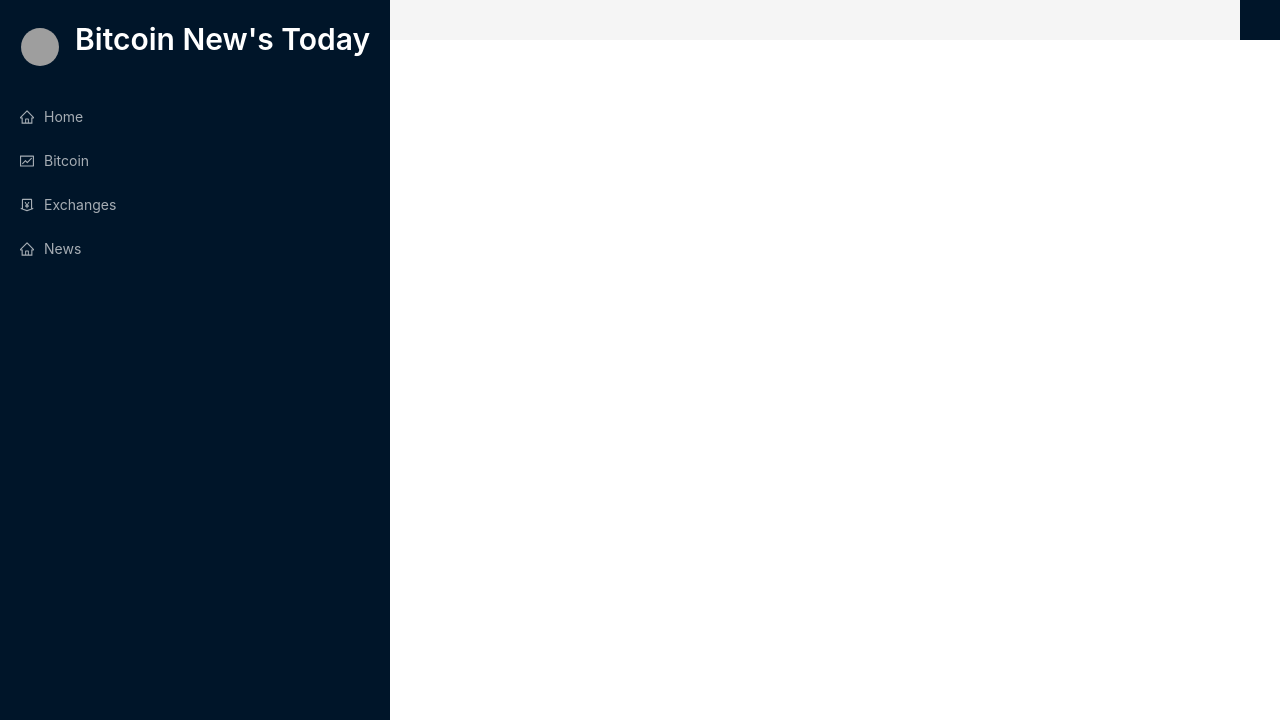
Repository: daotien93/bitcoin-api-app
Page: / (app in my-app/)
An editor plug-in stored every save of this project. The page is shown before and after the next save, followed by the edit.
The browser window is 1280 px wide. The pictures show the whole page.
Pictures or frames that could not be fetched are drawn as grey boxes. The project was rebuilt for these pictures with package versions that can differ from the ones it lists, and the page was loaded fresh each time. A package was used in the major version that the imports need, not the one package.json lists. Imported but missing from the stored project, and not drawn on this page: my-app/src/reportWebVitals.

Above is the page before, as saved 2021-10-25 11:32:41.

### my-app/src/index.js
import React from 'react';
import ReactDOM from 'react-dom';
import App from './App';
import reportWebVitals from './reportWebVitals';
import { BrowserRouter as Router } from 'react-router-dom'

ReactDOM.render(
  <React.StrictMode>
    <Router>
        <App />
    </Router>
  </React.StrictMode>,
  document.getElementById('root')
);

// If you want to start measuring performance in your app, pass a function
// to log results (for example: reportWebVitals(console.log))
// or send to an analytics endpoint. Learn more: https://bit.ly/CRA-vitals
reportWebVitals();

### my-app/src/App.js
import React from 'react'
import './App.css'
import { Switch, Route, Link } from 'react-router-dom'
import { Layout, Typography, Space } from 'antd'
import { Navbar } from './components'

const App = () => {
  return (
    <div className='app'>
      <div className="navbar">
          <Navbar />
      </div>
      <div className="main">
           <Layout>
              <div className="routes">
                   <Switch>
                     <Route exact path='/'>

                      </Route>
                  </Switch>
              </div>
          </Layout>
      </div>
      <div className="footer"></div>
    </div>
  )
}

export default App

### my-app/src/components/Navbar.jsx
import React from 'react'
import { Button, Menu, Typography, Avatar } from 'antd'
import { Link } from 'react-router-dom'
import { HomeOutlined, MoneyCollectOutlined, BulbOutlined, FundOutlined, MenuOutlined } from '@ant-design/icons'
import icon from  '../images/Dogecoin_Logo.png'

const Navbar = () => {
    return (
        <div className='nav-container'>
            <div className="logo-container">
                <Avatar src={icon} size='large' />
                <Typography.Title level={2} className='logo'>
                    <Link to='/'>Bitcoin New's Today</Link>
                </Typography.Title>
                <Button className='menu-control-container'>
                </Button>
            </div>
            <Menu theme='dark'>
                <Menu.Item icon={<HomeOutlined />}>
                    <Link to='/'>Home</Link>
                </Menu.Item>
                <Menu.Item icon={<FundOutlined />}>
                    <Link to='/bitcoin'>Bitcoin</Link>
                </Menu.Item>
                <Menu.Item icon={<MoneyCollectOutlined />}>
                    <Link to='/exchanges'>Exchanges</Link>
                </Menu.Item>
                <Menu.Item icon={<HomeOutlined />}>
                    <Link to='/news'>News</Link>
                </Menu.Item>
            </Menu>
        </div>
    )
}

export default Navbar

### my-app/src/pages/Homepage.jsx
import React from 'react'

const Homepage = () => {
    return (
        <div>
            Home
        </div>
    )
}

export default Homepage

Loaded but not shown: my-app/src/App.css (common file); my-app/src/components/index.js (common file)

After the next save:
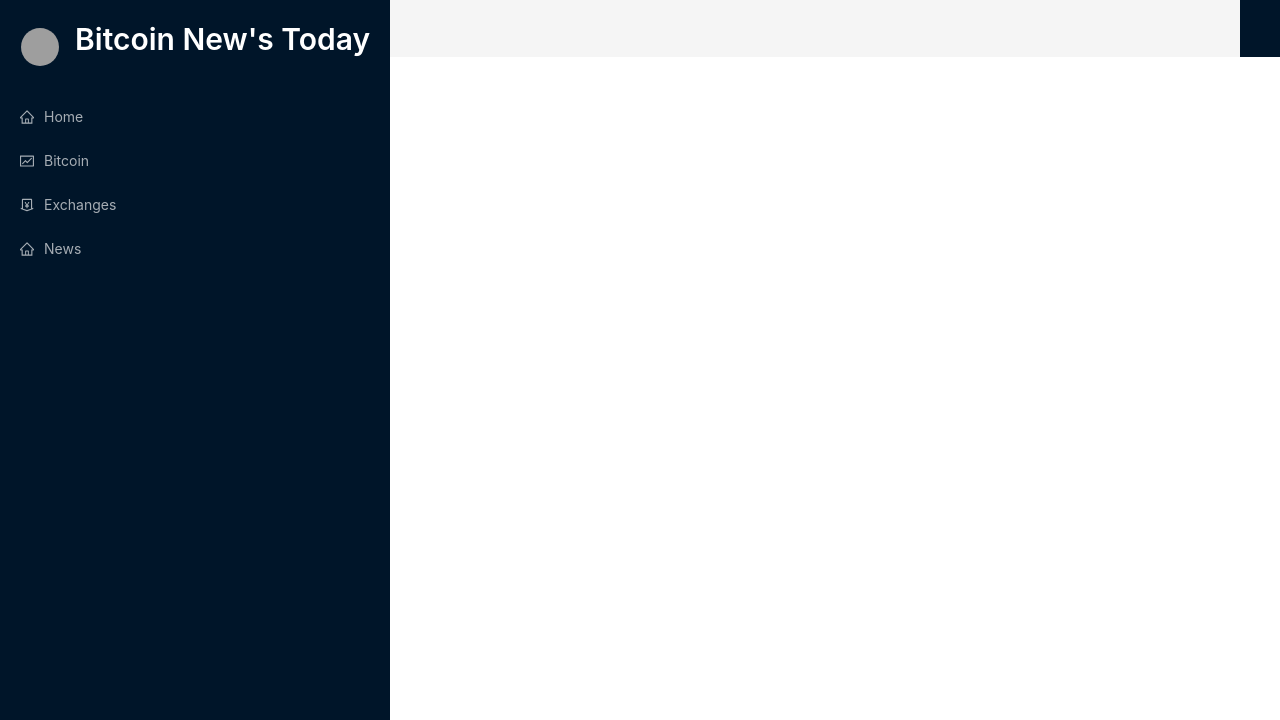
Saved 16 s later.
--- a/my-app/src/App.js
+++ b/my-app/src/App.js
@@ -3,6 +3,7 @@ import './App.css'
 import { Switch, Route, Link } from 'react-router-dom'
 import { Layout, Typography, Space } from 'antd'
 import { Navbar } from './components'
+import Homepage from './pages/Homepage'
 
 const App = () => {
   return (
@@ -15,7 +16,7 @@ const App = () => {
               <div className="routes">
                    <Switch>
                      <Route exact path='/'>
-
+                        <Homepage />
                       </Route>
                   </Switch>
               </div>
